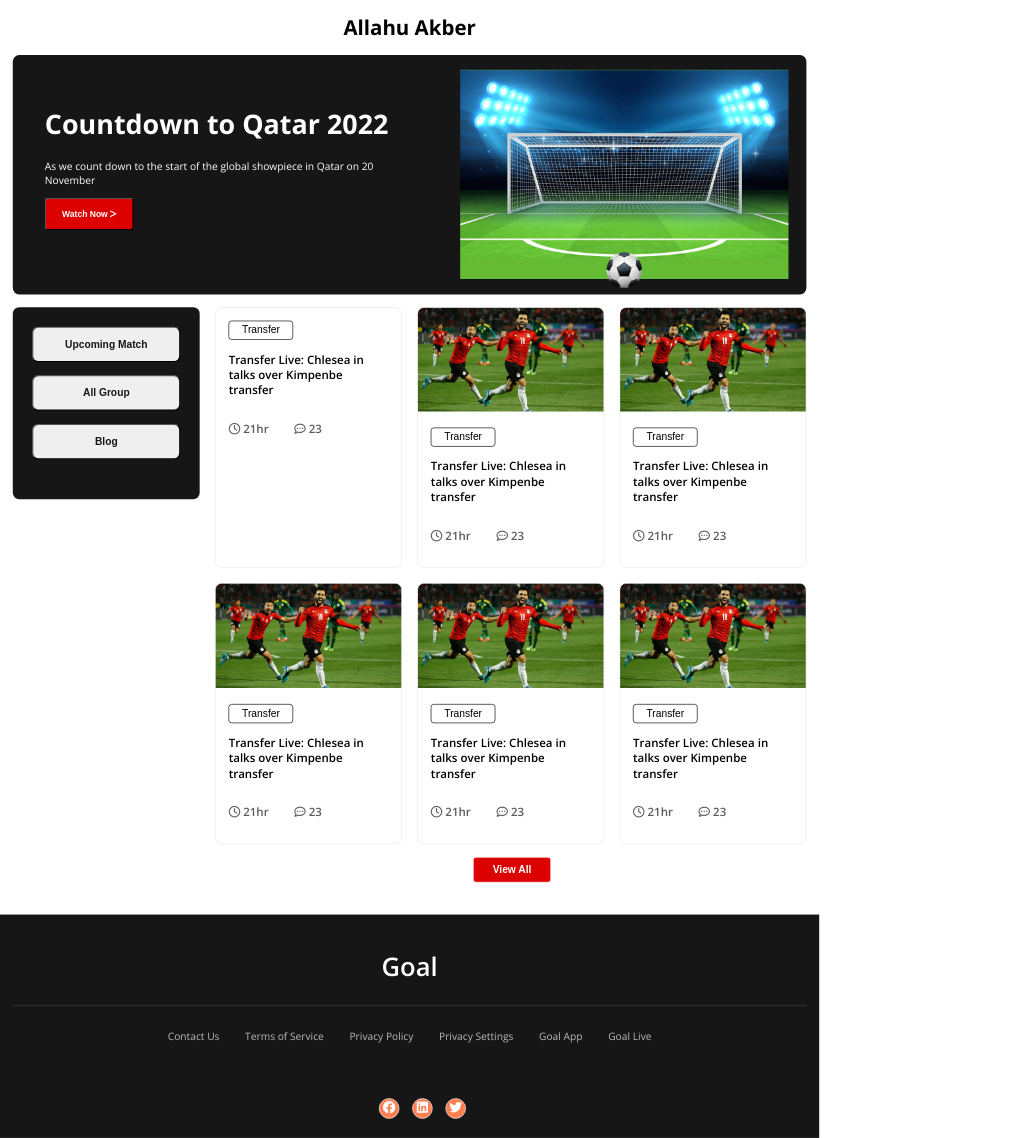
Repository: zjria/Qatar-world-cup
Page: match.html
The author's editor kept a copy of each file at every save. The page is drawn from the files as they stood at one save, then again after the next save.
The browser window is 1280 px wide. The page is 1600 px wide, so the pictures cover 1600 px, including what lies to the right of the window. The pictures show the whole page, at 64% of full size.

Above is the page before, as saved 2022-09-10 09:39:20.

After the next save:
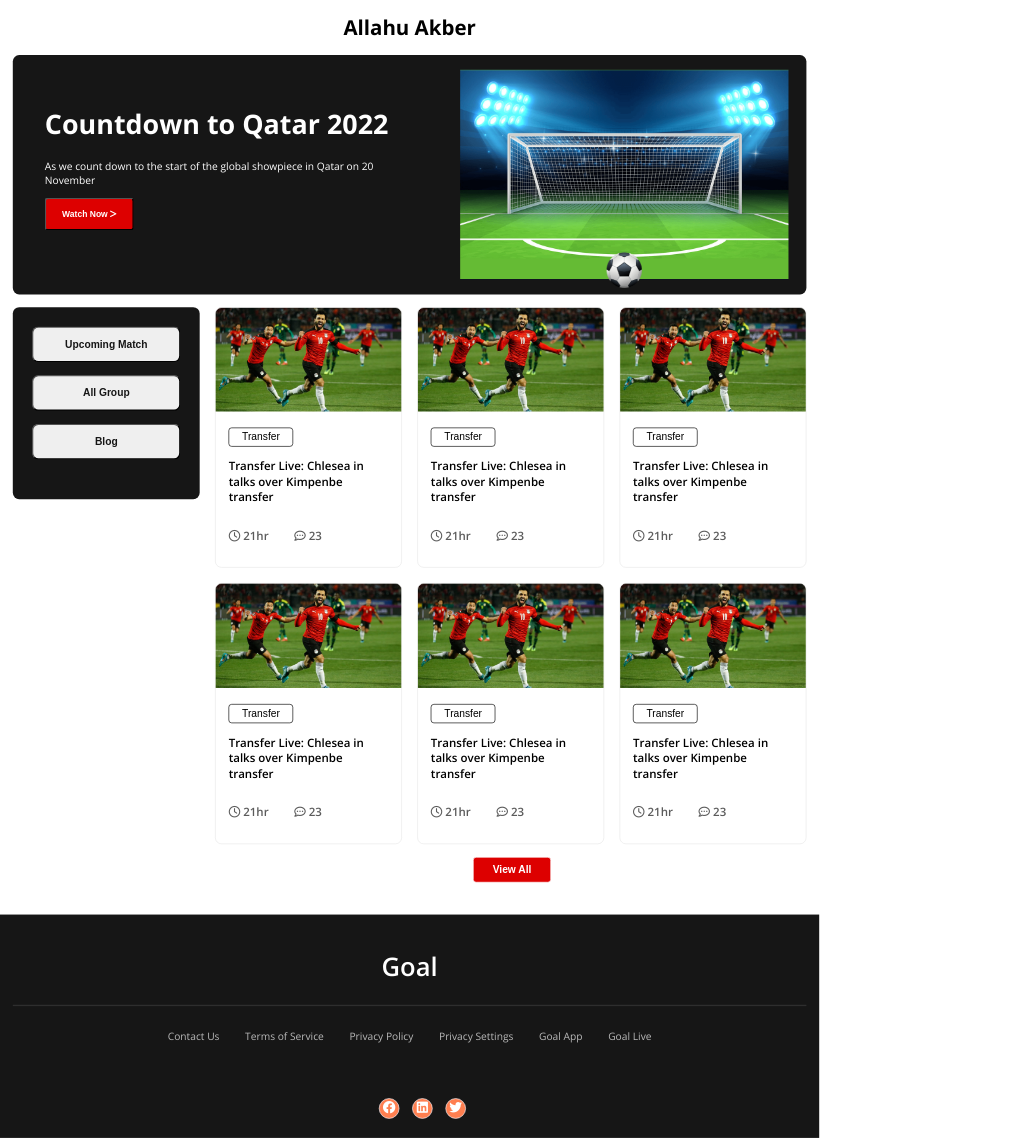
Saved 17 min 40 s later.
--- a/match.html
+++ b/match.html
@@ -59,7 +59,7 @@
         <!-- Main Section Start HTML  -->
         <main class="main-section">
             <div class="transfer">
-                <!-- <img src="images/Blog Image.png" alt=""> <br> -->
+                <img src="images/Blog Image.png" alt=""> <br>
                 <div class="button-text">
                     <button>Transfer</button>
                     <p>Transfer Live: Chlesea in talks over Kimpenbe transfer</p>
